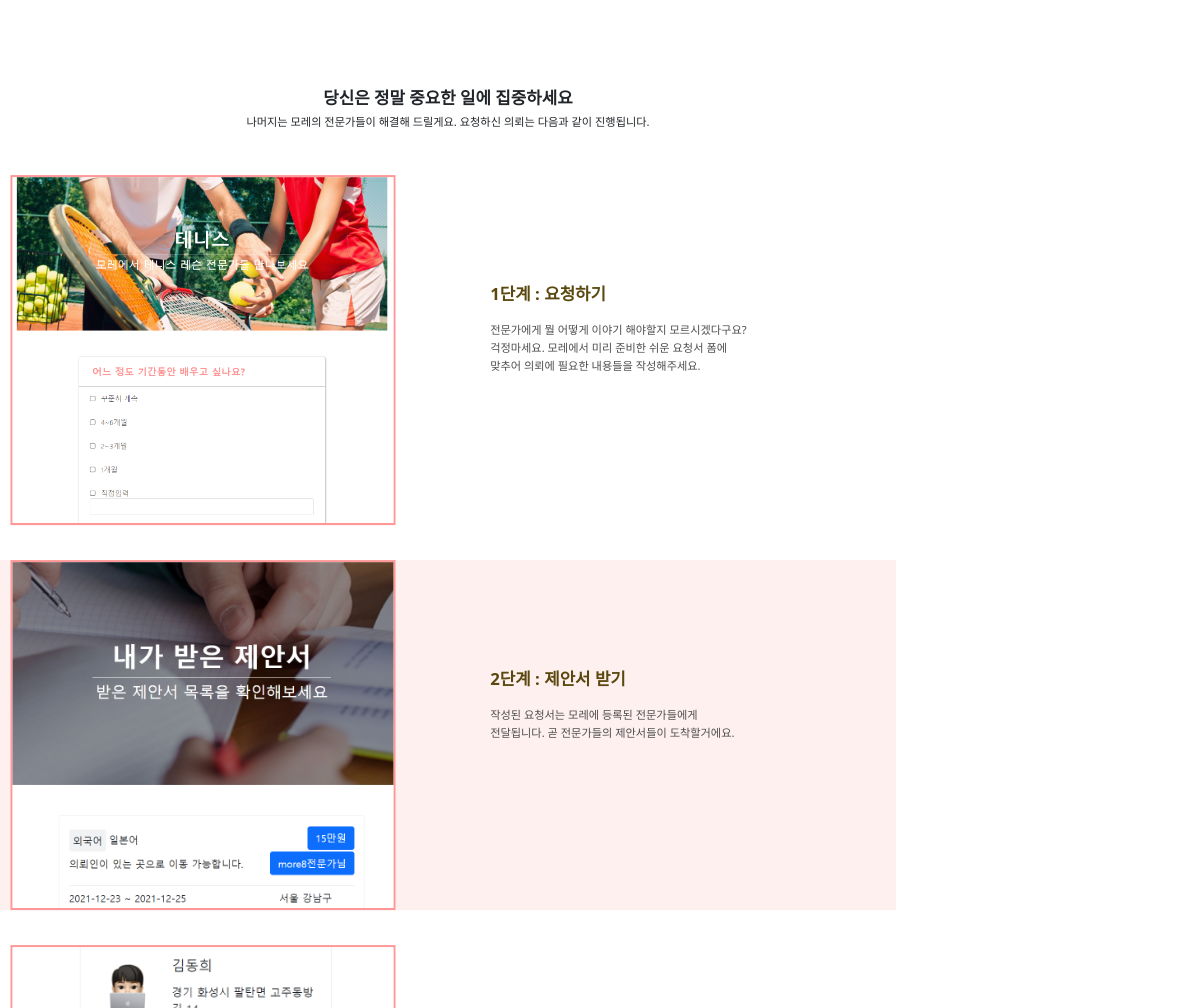
Repository: isssson/MVC2_more
Page: http://localhost/more/WEB-INF/views/index.jsp
An editor plug-in stored every save of this project. The page is shown before and after the next save, followed by the edit.
The browser window is 1280 px wide. The page is 1700 px wide, so the pictures cover 1700 px, including what lies to the right of the window. The pictures show the part of the page from y = 2503 to 3943 px (the page is 5261 px tall), at 70% of full size.
Some web libraries are served in a nearby version. The page is served by Tomcat 9. Nobody is signed in. Other server files are loaded and not shown. The template is opened directly, without the code that normally fills it, so the values that code supplies are empty.

Above is the page before, as saved 2021-12-13 02:48:06.

### more/src/main/webapp/WEB-INF/views/index.jsp
<%@ page language="java" contentType="text/html; charset=UTF-8"
    pageEncoding="UTF-8"%>
<%@ taglib uri="http://java.sun.com/jsp/jstl/core" prefix="c" %>
<!DOCTYPE html>
<html>
<head>
<meta charset="UTF-8">
<meta http-equiv="X-UA-Compatible" content="IE=edge">
    <meta name="viewport" content="width=device-width, initial-scale=1.0">
    <link rel="shortcut icon" type="image/x-icon" href="resources/img/more_icon.jpg">
    <link rel="canonical" href="https://getbootstrap.com/docs/5.1/examples/headers/">
    <link rel="stylesheet" href="resources/css/bootstrap.min.css">
    <script src="https://unpkg.com/swiper/swiper-bundle.min.js"></script>
    <link rel="stylesheet" href="https://unpkg.com/swiper/swiper-bundle.min.css"/>
    <link rel="stylesheet" type="text/css" href="resources/css/index.css?after">
    <title>모레</title>
</head>
<body>
<%@ include file="/WEB-INF/views/header.jsp" %>
<!--section-->
    <div class="mainContainer">
      <div class="mainFluid">
        <div class="mainText">
          <h1>나에게 딱 맞는 레슨·과외<br>선생님을 만나보세요</h1>
          <p>1분 요청서 작성 후 선생님들의 제안을 받아보세요</p>
          <br>
          <div id="mainSearchBox">
            <div class="icon"></div>
            <input type="text" name="search" placeholder="서비스를 찾아보세요" class="text">
          </div>
        </div>
        <div class="mainImg">
          <img src="resources/img/index_phone.png" alt="mainImg">
        </div>
      </div>
    </div>
    <div id="category">
        <span><a href="request.do?cate1=외국어">외국어</a></span>
        <span><a href="request.do?cate1=스포츠-댄스">스포츠-댄스</a></span>
        <span><a href="request.do?cate1=음악">음악</a></span>
        <span><a href="request.do?cate1=예술-요리">예술-요리</a></span>
        <span><a href="request.do?cate1=실무교육">실무교육</a></span>
        <span><a href="request.do?cate1=교과목">교과목</a></span>
    </div>
    <br>
    <div class="subjectContainer">
      <h3 style="font-weight: bold">인기있는 레슨</h3>
      <div style="width: 1170px;"><a href="lessonList.do">더보기 +</a></div>
    </div>
     <div class="listContainer">
      <c:forEach var="i" begin="0" end="4">
          <div class="listItem" onclick="location.href='requestWrite.do?cate1=${a_cate[i]}&cate2=${a_name[i]}&pic=${a_pic[i]}'">
                   <div class="img">
                        <img alt="img" src="${a_pic[i]}">
                        <div class="hidden">요청하기</div>
                    </div>
                   <div class="name">${a_name[i]}</div>
            </div>
         </c:forEach>
    </div>
    <br>
    <div class="subjectContainer">
      <h3 style="font-weight: bold">추천하는 레슨</h3>
      <div style="width: 1170px;"><a href="lessonList.do">더보기 +</a></div>
    </div>
     <div class="listContainer">
      <c:forEach var="i" begin="0" end="4">
          <div class="listItem" onclick="location.href='requestWrite.do?cate1=${b_cate[i]}&cate2=${b_name[i]}&pic=${b_pic[i]}'">
                   <div class="img">
                        <img alt="img" src="${b_pic[i]}">
                        <div class="hidden">요청하기</div>
                    </div>
                   <div class="name">${b_name[i]}</div>
            </div>
         </c:forEach>
    </div>
  <br>
  <div class="subjectContainer">
    <h3 style="font-weight: bold">수강생 후기</h3>
    <div><a href="reviewList.do">더보기 +</a></div>
  </div>
  <br>
<!-- Swiper -->
    <div class="swiper mySwiper" id="swiper-play">
      <div class="swiper-wrapper">
        <div class="swiper-slide">
            <div class="req-partner-contents">
              <h3 class="req-service-name">기타 레슨</h3>
                <h6 class="review-detail-text">
                모르는 부분이 있으면 이해가 될때까지설명해주시고 안되는<br>
                부분이 있으면 그 부분을 할 수 있을때까지 친절하게<br>
                기다려주시고 도와주셔서 기타레슨 배우는게 너무 좋아용❤️❤️
                <div style="padding-top: 100px; color: #1976de;">고*한 수강생</div>
                </h6>
            </div>
        </div>
        <div class="swiper-slide">
            <div class="req-partner-contents">
              <h3 class="req-service-name">피트니스 레슨</h3>
                <h6 class="review-detail-text">
               제가 많이 부족한데 선생님께서 항상 차분하게 기다려주시고<br>
               잘 할수 있게 도와주셔서 정말 감사드려요 ㅠㅠ 전에도 다른<br>
               선생님들께 배웠었는데 김동희쌤께 정착 중입니다 ^^
                <div style="padding-top: 100px; color: #1976de;">김*현 수강생</div>
                </h6>
            </div>
        </div>
        <div class="swiper-slide">
            <div class="req-partner-contents">
              <h3 class="req-service-name">영어 레슨</h3>
                <h6 class="review-detail-text">
               과제도 많이 내주시고 공부했냐고 맨날 확인하고 잊을만 하면<br>
               제가 뭘 하고 있는지 체크하시고 진짜 귀찮게 하세요...<br>
               혼자 공부하기 힘든 분들은 꼭 수업들으세요. 맨날 맨날 공부<br>
               하고 있는 자신을 발견하게 될 겂니다...
                <div style="padding-top: 80px; color: #1976de;">김*준 수강생</div>
                </h6>
            </div>
        </div>
        <div class="swiper-slide">
            <div class="req-partner-contents">
              <h3 class="req-service-name">바이올린 레슨</h3>
                <h6 class="review-detail-text">
               일정도 저한테 맞춰주시고 좋은 악기도 직접 골라주셨습니다.<br>
               사근사근 친절하게 잘 가르쳐주세요~
                <div style="padding-top: 120px; color: #1976de;">이*민 수강생</div>
                </h6>
            </div>
        </div>
        <div class="swiper-slide">
            <div class="req-partner-contents">
              <h3 class="req-service-name">중국어 레슨</h3>
                <h6 class="review-detail-text">
               두번이나 포기한 중국어를 다시 시작하게 해주셨어요!<br>
               레벨에 맞게 꼼꼼히 설명해주시고 내용도 알차고<br>
               일정도 항상 잘 지켜주셔서 너무 감사드립니다 ㅎㅎ
                <div style="padding-top: 100px; color: #1976de;">권*윤 수강생</div>
                </h6>
            </div>
        </div>
      </div>
        <div class="swiper-button-next"></div>
        <div class="swiper-button-prev"></div>
    </div>
    <br>
    <br>
    <br>
    <div id="banner">
      <img src="resources/img/index_banner1.jpg" alt="배너">
    </div>
    <div id="introSubject">
      <h3 style="margin-top: 200px;font-weight: bold;">당신은 정말 중요한 일에 집중하세요</h3>
      <p>나머지는 모레의 전문가들이 해결해 드릴게요. 요청하신 의뢰는 다음과 같이 진행됩니다.</p>
    </div>
    <br>
    <br>
<!--manual-->
    <div id="manualContainer">
      <div class="manualItem1">
        <div class="manualImg">
          <img src="resources/img/1.PNG">
        </div>
        <div class="manualText">
          <h3>1단계 : 요청하기</h3>
          <p>
            전문가에게 뭘 어떻게 이야기 해야할지 모르시겠다구요?<br>
            걱정마세요. 모레에서 미리 준비한 쉬운 요청서 폼에<br>
            맞추어 의뢰에 필요한 내용들을 작성해주세요.
          </p>
        </div>
      </div>
      <div class="manualItem2" style="margin-top: 50px; margin-bottom: 50px; background-color:#ff979726;">
        <div class="manualImg">
          <img src="resources/img/2.PNG">
        </div>
        <div class="manualText">
          <h3>2단계 : 제안서 받기</h3>
          <p>
            작성된 요청서는 모레에 등록된 전문가들에게<br>
            전달됩니다. 곧 전문가들의 제안서들이 도착할거에요.<br>
          </p>
        </div>
      </div>
      <div class="manualItem1">
        <div class="manualImg">
          <img src="resources/img/3.PNG">
        </div>
        <div class="manualText">
          <h3>3단계 : 선택하기</h3>
          <p>
            요청에
            적합한 전문가를 선택하세요.
          </p>
        </div>
      </div>
    </div>
    <br>
    <br>
    <br>
<!--     <div id="banner">
      <img src="resources/img/index_banner1.jpg" alt="배너">
    </div> -->

<!--expert-->
    <h3 style="margin: 0px; font-weight: bold;" >모레엔 어떤 전문가들이 있을까요?</h3>
    <p>각 분야에서 전문성을 가진 다양한 전문가들이 여러분들을 기다리고 있습니다.</p>
    <br>
    <div id="expertContainer">
      <div class="expertItem">
        <h3>포토샵, 일러스트<br>쉽게 알려드려요</h3>
        <hr>
        <p>
          저는 다양한 분들과 디자인 작업을 할때 즐거워요. 현재 프리랜서로 다양한 국내외 기업,
          창업자분들과 함께 다양한 디자인 작업을 하고 있습니다. 미국에서는 Esquire Magazine과 Carnegie Hall 등에서 일을 했었구요,
          여러 직업들을 통해 쌓은 경험을 바탕으로 디자이너의 손길이 필요한 곳에 도움을 드리고 싶습니다.
        </p>
        <br>
        <hr>
        <div class="profileBox">
          <div class="profilePic">
          <img src="resources/img/7.png" alt="expertProfile">
          <p class="name">최*경</p>
          </div>
          <div class="spec">
            <ul style="padding-left: 1rem">
              <li>UI/UX 디자인·</li>
              <li>편집디자인·패키지 디자인</li>
              <li>- 뉴욕 프랫대학원</li>
              <li>- 4년차 프리랜서 디자이너</li>
            </ul>
          </div>
        </div>
      </div>
      <div class="expertItem">
        <h3>더 많은 분들을 만날 수<br>있기를 기대하고 있어요</h3>
        <hr>
        <p>
          어렸을 때부터 피아노를 시작해서, 현재는 실용음악과 작곡전공으로 가요와, 피아노를 함께 하고 있습니다.
          그동안 종종 레슨을 해왔는데 앞으로도 반주나 곡을 쓰는데 어려움이 있으신 분들과 함께하고 싶습니다.
          밴드나 교회, 결혼식 이벤트를 위해, 또는 그냥 취미로 피아노/작곡을 배우고 싶으신 분들 모두 환영합니다!
        </p>
        <br>
        <hr>
        <div class="profileBox">
          <div class="profilePic">
          <img src="resources/img/8.png" alt="expertProfile">
          <p class="name">이*정</p>
          </div>
          <div class="spec">
            <ul style="padding-left: 1rem">
              <li>뉴에이지·가요·CCM반주</li>
              <li>- 동덕여대실용음악과</li>
              <li>- 공연경험 다수, 레슨 3년차</li>
            </ul>
          </div>
        </div>
      </div>
      <div class="expertItem">
        <h3>영어 과외는<br>저에게 맡겨주세요</h3>
        <hr>
        <p>
          어렸을 때부터 영어에 친숙한 환경에서 자라왔어요.
          외고를 다녔고 대학에서도 대부분의 강의를 영어로 들어서 한국에서도 영어로 생활을 한 시간이 많았구요.
          짧지 않은 기간 해외에 거주하기도 했습니다.
          이러한 배경을 가지고 현재는 다양한 분야에서 영어가 필요한 경우에 도움을 드리고 있어요.
        </p>
        <br>
        <br>
        <hr>
        <div class="profileBox">
          <div class="profilePic">
          <img src="resources/img/6.png" alt="expertProfile">
          <p class="name">한*이</p>
          </div>
          <div class="spec">
            <ul style="padding-left: 1rem">
              <li>한영·영한번역/영어레슨</li>
              <li>- 대원외고 졸업</li>
              <li>- 고려대 경영 재학</li>
              <li>- 프리랜서 3년차</li>
            </ul>
          </div>
        </div>
      </div>
    </div>
<!--footer-->
<!--javaScript-->
      <script>
           var swiper = new Swiper(".mySwiper", {
             navigation: {
               nextEl: ".swiper-button-next",
               prevEl: ".swiper-button-prev",
             },
           });
           var Swiper = new Swiper('#swiper-play',
            { autoplay: { delay: 2000, }, });

      </script>

<%@ include file="/WEB-INF/views/footer.jsp" %>
</body>
</html>

### more/src/main/webapp/WEB-INF/views/footer.jsp
<%@ page language="java" contentType="text/html; charset=UTF-8"
    pageEncoding="UTF-8"%>
<link href="resources/css/footer.css" rel="stylesheet">
<div class="container-fluid">
  <footer class="py-3 my-4">
    <ul class="nav justify-content-center border-bottom pb-3 mb-3">
      <li class="nav-item"><a href="#" class="nav-link px-2 text-muted">Home</a></li>
      <li class="nav-item"><a href="#" class="nav-link px-2 text-muted">Features</a></li>
      <li class="nav-item"><a href="#" class="nav-link px-2 text-muted">Pricing</a></li>
      <li class="nav-item"><a href="#" class="nav-link px-2 text-muted">FAQs</a></li>
      <li class="nav-item"><a href="#" class="nav-link px-2 text-muted">About</a></li>
    </ul>
    <p class="text-center text-muted">&copy; 2021 Company, Inc</p>
  </footer>
</div>

<div class="b-example-divider"></div>

### more/src/main/webapp/resources/css/index.css
@charset "UTF-8";
body{
    margin:0;
}
h3{
    margin-top: 80px;
    text-align: center;
    font-size: 24px;
}
p{
    text-align: center;
}
a{
    text-decoration:none;
    color:rgb(26, 25, 25);
}
a:hover{
    color:rgb(26, 25, 25);
}
li{
    list-style: none;
}
/* -------------------------header------------------------- */


/* -------------------------main------------------------- */
.mainContainer{
    /* background-color: #f7d25b !important;
    background-image: linear-gradient(
120deg, rgb(255, 196, 0), #f7be23, #d39000fa) !important;
    background-image: -moz- linear-gradient(120deg, #f5f38a, #f7d25b, #f1d118fa) !important;
    background-image: -webkit- linear-gradient(120deg, #f5f38a, #f7d25b, #f1d118fa) !important;
    background-repeat: no-repeat;
    background-position: bottom right; */
    /* background-image: url(sand.jpg);
    object-fit: cover; */
    background-color:#ff9797;
    height: 540px;
    width: 100%;
}
.mainContainer .mainFluid{
    width: 100%;
    height: 540px;
    padding-right: 15px;
    padding-left: 15px;
    margin-right: auto;
    margin-left: auto;
}
.mainText{
    position: relative;
    margin-right: 24px;
    width: 550px;
    height: 80%;
    left:15%;
    top:17%;
    float: left;
}
.mainText h1{
    margin: 24px 16px 8px 0;
    font-size: 42px;
    font-weight: bold;
    font-style: normal;
    font-stretch: normal;
    line-height: normal;
    letter-spacing: normal;
    color: #ffffff;
}
.mainText p{
    margin-bottom: 40px;
    font-size: 20px;
    font-weight: 300;
    text-align: left;
    color: #ffffff;
}
.mainImg{
    position: relative;
    float: right;
    top:8.4%;
    right: 16.5%;
    width: 390px;
    height: 540px;
}
.mainImg img{
    width: 390px;
    height: 540px;
    object-fit: none;
}
#mainSearchBox{
    display: flex;
    box-shadow: 2px 4px rgb(0 0 0 / 10%);
    width: 440px;
    height: 48px;
    background-color: white;
}
#mainSearchBox .icon{
    width: 48px;
    height: 48px;
    background: url(/more/resources/img/more_icon.jpg);
    background-color: #fff;
    border-top-left-radius: 4px;
    border-bottom-left-radius: 4px;
    background-position: center;
}
#mainSearchBox .text{
    padding: 0 16px;
    height: 48px;
    width: 100%;
    border: none;
    font-size: 16px;
    border-top-right-radius: 4px;
    border-bottom-right-radius: 4px;
    border-top-left-radius: 0px;
    border-bottom-left-radius: 0px;
}
/* -------------------------category------------------------- */
#category{
    background-color:white;
    text-align: center;
    margin: 0px auto;
    border-bottom: 1px solid #e2e2e2;
    width: 1240px;
    height: 60px;
    clear: right;
}
#category span{
    display: inline-block;
    width: 120px;
    text-align: center;
    line-height: 58px;
    font-size: 18px;
}
#category span:hover{
    background-color: #f5808f;

}
/* -------------------------lessonList------------------------- */
.subjectContainer{
    margin: 0px auto;
    width: 1050px;
}
.subjectContainer div{
    text-align: right;
    font-size: 20px;
}
.subjectContainer a{
    color:rgb(90, 72, 14);
}
.listContainer{
    margin:10px auto;
    text-align: center;
    width: 1300px;
    height:230px;
    display: flex;
    justify-content: space-between;
}
.listContainer .listItem{
    cursor: pointer;
    width: 240px;
    height: 270px;
    border: 1px solid #bdbfc4;
}

.listContainer .listItem .img{
    width:100%;
    height:75%;
    position:relative;
    overflow: hidden;
}
.listContainer .listItem .name{
    width: 100%;
    height: 25%;
    text-align: center;
    line-height: 65px;
    font-size: 20px;
    letter-spacing: 2px;
    color: #786e6e;
    font-weight: bold;
}
.listContainer .listItem .img img{
    width:100%;
    height:100%;
    object-fit: cover;
}
.listContainer .listItem .img .hidden{
    display:none;
}
.listContainer .listItem .img:hover .hidden{
    display:block;
    position: absolute;
    border-radius: 10px;
    left:30%;
    bottom: 35%;
    border:2px solid white;
    padding: 10px;
    font-size:20px;
    color:white;
}
.listContainer .listItem .img:hover img{
    transform: scale(1.1);
    transition: transform 1s;
    filter: brightness(40%);
}

/* -------------------------reviewList------------------------- */
#swiper-play{
    width: 1250px;
    height: 300px;
    border:1px solid rgba(102, 96, 11, 0.671);
}

.req-partner-contents{
    width:700px;
    height:400px;
    margin: 0px auto;
}
.req-service-name{
   width: 50%;
    margin: 20px auto;
    border-radius: 10px;
    color: white;
    background-color: #ff9797;
    font-size: 18px;
    padding: 10px;
    text-align: center;
}
.review-detail-text{
   width:100%;
   height:200px;
   margin: 20px auto;
   font-size: 18px;
   color:gray;
   text-align: center;
}

/* -------------------------banner------------------------- */
#banner{
    margin: 0px auto;
    text-align: center;
    height: 350px;
    background-color: #ff979726;
}
#banner img{
width: 1700px;
height: 350px;
margin: 0px auto;
}

/* -------------------------manual------------------------- */
#manual{
    margin-top: 60px;
    height: 1500px;
}
#manualContainer .manualItem1, .manualItem2{
    height: 500px;
    padding-right: 15px;
    padding-left: 15px;
    margin:0px auto;
    display: flex;
    justify-content: center;
}

.manualImg{
    float: left;
    right: 16.5%;
    width: 550px;
    height: 500px;
}
.manualImg img{
    position: relative;
    width: 550px;
    height: 500px;
    object-fit: cover;
    border: 3px solid #ff9797;
}
.manualText{
    position: relative;
    margin-right: 24px;
    width: 700px;
    height: 300px;
    top:15%;
    float: right;

}
.manualText h3{
    color: rgb(90, 72, 14);
    font-weight: 800;
    font-size: 24px;
    margin-bottom: 25px;
    text-align: left;
    margin-left: 20%;
}

.manualText p{
    color: #4d4d4d;
    line-height: 1.6;
    text-align: left;
    margin-left:20%;
}
/* -------------------------expert------------------------- */
#expertContainer{
    width:1400px;
    height:550px;
    margin: 0px auto;
    display: flex;
    justify-content: space-between;
}
#expertContainer .expertItem{
    vertical-align: top;
    width: 420px;
    height: 550px;
    background-color: #fff;
    border: 1px solid #3f3d2f77;
    margin: 0px 7px 50px 7px;
    padding: 0 30px;
}
.expertItem h3{
    margin-top:50px;
}
.profileBox{
    width:300px;
    height:100px;
    margin: 40px 20px 20px 20px;
}
.profileBox .profilePic{
    width:100px;
    height:100px;
}
.profilePic img{
    width:70px;
    height:70px;
    position: relative;
    left:20%;
    border-radius: 100%;
    object-fit: cover;
}
.profilePic .name{
    font-size: 18px;
    position: relative;
    top:5%;
    left:5px;
}
.profileBox .spec{
    width:200px;
    height:100px;
    position: relative;
    bottom: 100%;
    left:35%;
}
.spec ul li{
   font-size:14px;
}

### more/src/main/webapp/resources/css/header.css
@charset "UTF-8";
a{
    text-decoration:none;
    color:rgb(26, 25, 25);
}
a:hover{
    color:rgb(26, 25, 25);
}
svg{
    color: #7e7878;
}
svg:hover{
    color: #424040;
    cursor: pointer;
}
#headerContainer{
    width:100%;
    height:70px;
    margin: 0 auto;
    display: flex;
    flex-direction: row;
    border-bottom:1px solid #dee2e6;
}
#headerContainer img{
    width: 200px;
    height: 65px;
    object-fit: cover;
}
#headerContainer #menubar{
    width:100%;
    height: 70px;
    display: flex;
    flex-direction: row;
    justify-content: space-between;
}
#headerContainer #menubar div a{
    font-size: 18px;
    color: #7e7878;
}
#headerContainer #menubar a:hover{
    color: #424040;
    font-weight: bold;
}
#menubar #leftMenu{
    display: flex;
}
#menubar #rightMenu{
    display: flex;
    margin-right: 30px;
}
#menubar #leftMenu div, #menubar #rightMenu div{
    font-size: 18px;
    line-height: 70px;
    margin-left: 25px;
}
#hiddenHeaderContainer{
    position: absolute;
    display: none;
    z-index: 1;
    width:100%;
    height:70px;
    left:50%;
    border-top:1px solid rgb(187, 183, 183);
    border-bottom:1px solid rgb(187, 183, 183);
    transform: translate(-50%);
    background-color: white;
}
#hiddenHeaderContainer .hiddenItem{

    width:100%;
    height:70px;
    margin-left: 170px;
    display: flex;
}
#hiddenHeaderContainer .hiddenItem .Item a{
    font-size: 18px;
    line-height: 70px;
    margin-left: 50px;
    color: #7e7878;
}
#hiddenHeaderContainer .hiddenItem .Item a:hover{
    color: #424040;
    font-weight: bold;
}

### more/src/main/webapp/resources/css/footer.css
@charset "UTF-8";
li {
	border-top: none;
}

Loaded but not shown: more/src/main/webapp/resources/css/bootstrap.min.css (library); more/src/main/webapp/WEB-INF/views/header.jsp (106 lines, source omitted)

After the next save:
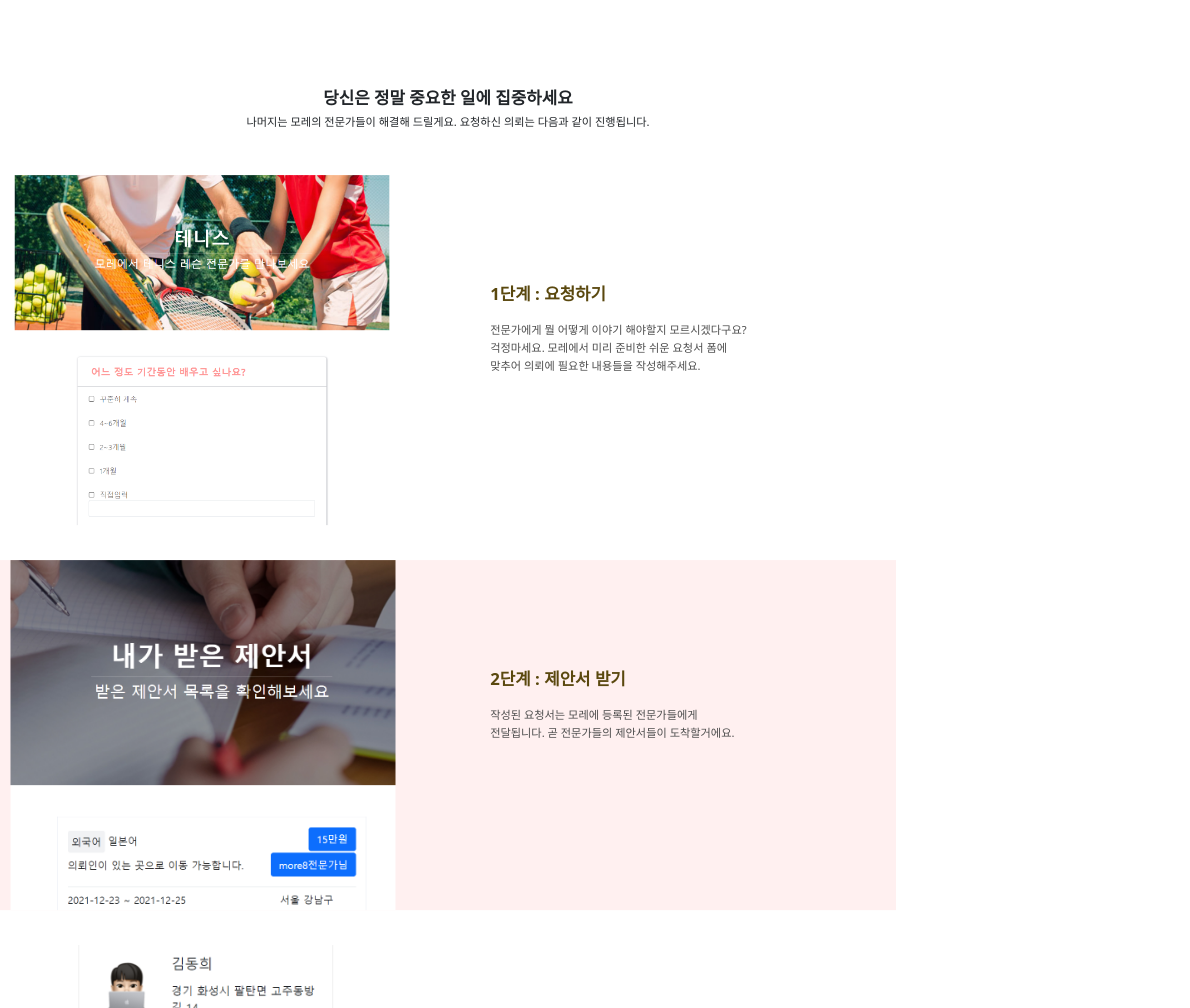
Saved 5 s later.
--- a/more/src/main/webapp/resources/css/index.css
+++ b/more/src/main/webapp/resources/css/index.css
@@ -270,7 +270,6 @@ margin: 0px auto;
     width: 550px;
     height: 500px;
     object-fit: cover;
-    border: 3px solid #ff9797;
 }
 .manualText{
     position: relative;
